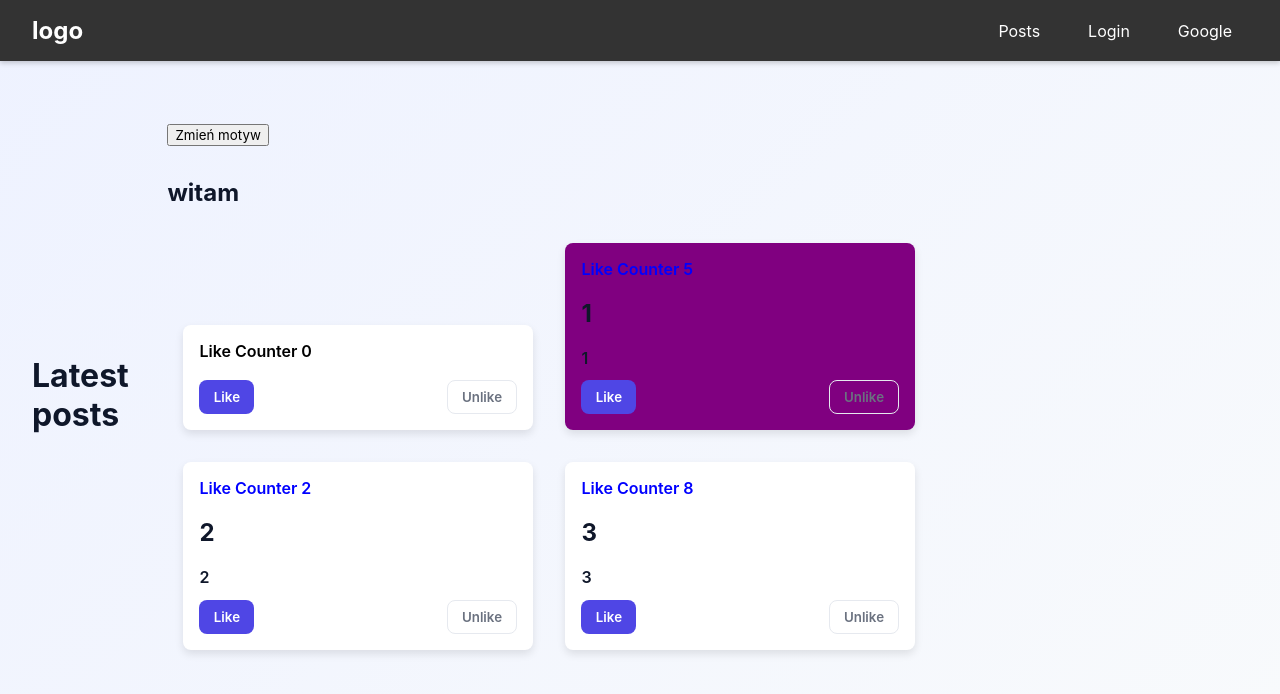
Repository: KrystianTrzy/reactapt
Page: /
These files come from the project's save history. The page is drawn as it stood at one moment and after the next save; the edit follows.
The browser window is 1280 px wide. The pictures show the whole page.
The project was rebuilt for these pictures with package versions that can differ from the ones it lists, and the page was loaded fresh each time. Also part of the build but not shown: src/pages/login.js, src/pages/postdetail/postdetail.js, src/pages/dashboard/dashboard.css, src/pages/dashboard/dashboard.js.

Above is the page before, as saved 2025-11-22 13:52:24.

After the next save:
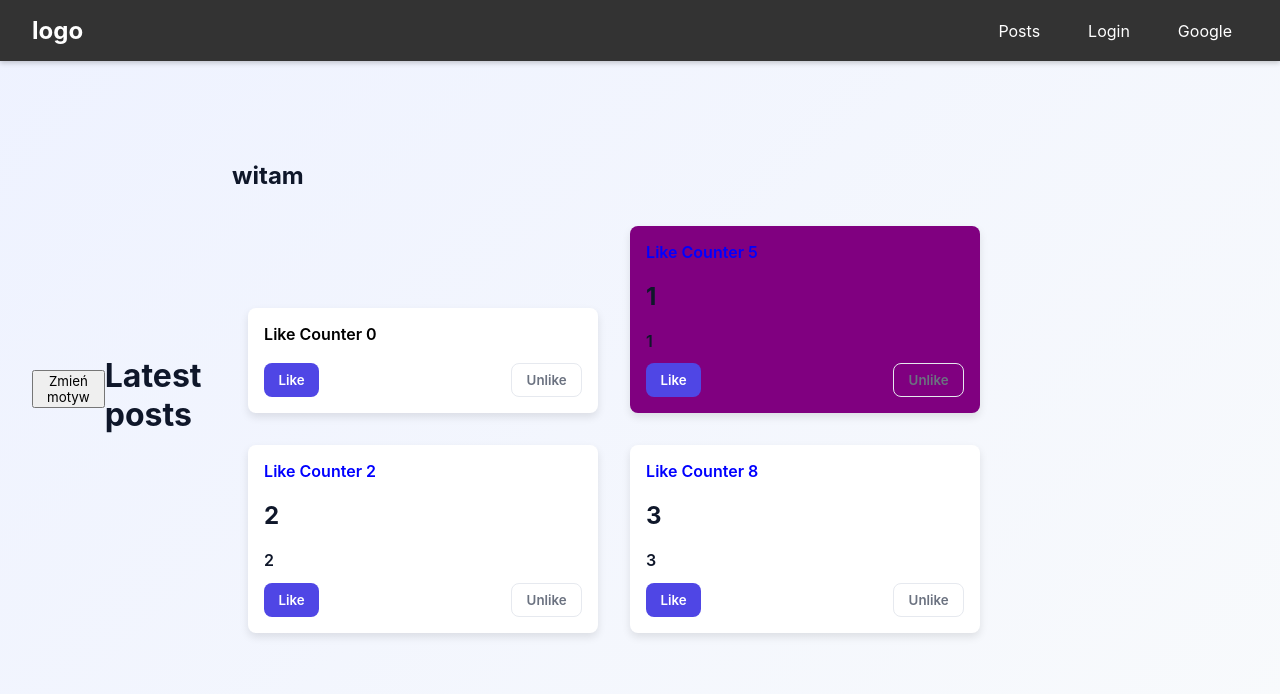
Saved 18 s later.
--- a/src/pages/Posts.js
+++ b/src/pages/Posts.js
@@ -4,16 +4,14 @@ import ThemeToggleButton from "../components/ThemeToggleButton";
 function Posts() {
   return (
     <>
+      <ThemeToggleButton />
       <h1>Latest posts</h1>
       <article>
         <div className="posts">
-          <ThemeToggleButton />
           <h1>witam</h1>
           <LikeCounter />
           <LikeCounter color="purple" title="1" description="1" count="5" />
-
           <LikeCounter title="2" description="2" count="2" />
-
           <LikeCounter title="3" description="3" count="8" />
         </div>
       </article>
